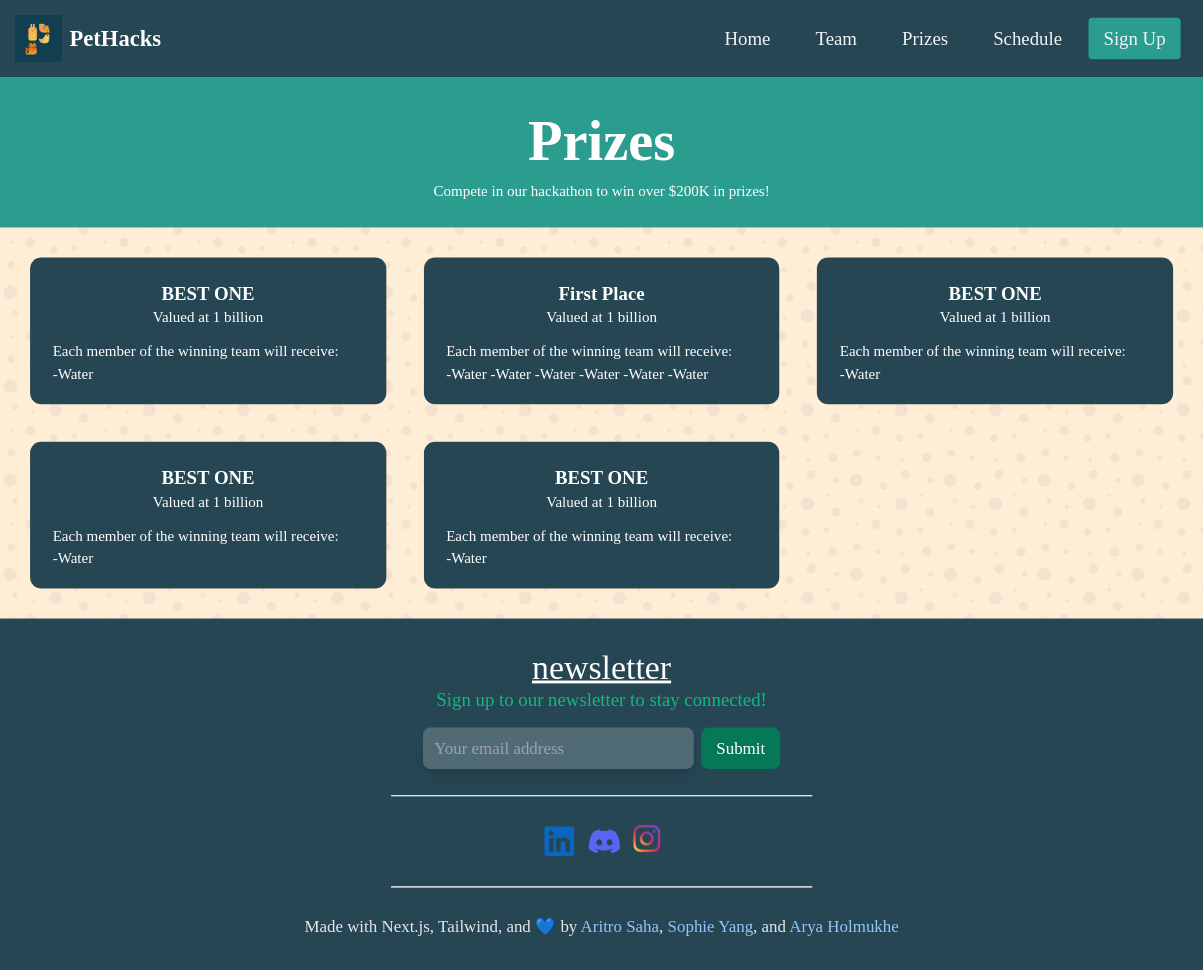
Repository: AritroSaha10/pethacks-website
Page: /prizes
An editor plug-in stored every save of this project. The page is shown before and after the next save, followed by the edit.
The browser window is 1280 px wide. The pictures show the whole page, at 94% of full size.
Some web fonts or font styles are not loaded; a fallback is used. The project was rebuilt for these pictures with package versions that can differ from the ones it lists, and the page was loaded fresh each time. The framework's server and built-in components were replaced by stand-ins that run in the browser. Also part of the build but not shown: next.config.js.

Above is the page before, as saved 2022-09-10 09:56:50.

### pages/prizes.tsx
import Layout from '../components/Layout'
import Navbar from "@components/Navbar"
import Card from '@components/Prizes/Card'
import SectionHead from "@components/SectionHead"

export default function Prizes(){
    return (
    <Layout name="Prizes" noNavbar>
      <Navbar />
      <SectionHead title="Prizes" subtitle="Compete in our hackathon to win over $200K in prizes!"/>
      <div className="grid grid-cols-1 md:grid-cols-2 lg:grid-cols-3 p-3">
      <Card title="BEST ONE" valuation="1 billion" info="-Water"/>
      <Card title="First Place" valuation="1 billion" info="-Water -Water -Water -Water -Water -Water "/>
      <Card title="BEST ONE" valuation="1 billion" info="-Water"/>
      <Card title="BEST ONE" valuation="1 billion" info="-Water"/>
      <Card title="BEST ONE" valuation="1 billion" info="-Water"/>
      </div>

    </Layout>
    )
}

### styles/globals.css
@import url('https://fonts.googleapis.com/css2?family=Gaegu&family=Space+Mono&display=swap');

@tailwind base;
@tailwind components;
@tailwind utilities;

@layer base {
    html {
        font-family: Gaegu;
    }
}

.svg-background {
    background-image: url("data:[embedded picture, 1230 characters]");
}

.wiggles-background {
    background-image: url("data:[embedded picture, 494 characters]");
}

### components/Layout.tsx
import Head from "next/head"

import Navbar from "./Navbar"
import Footer from "./Footer"

import { m } from "framer-motion"

const transition = { ease: [0.6, 0.01, -0.05, 0.9] };

const contentVariants = {
    initial: { y: 200, opacity: 0 },
    animate: { y: 0, opacity: 1 },
    exit: { y: -200, opacity: 0 },
    transition: { duration: 0.4, ...transition }
}

export default function Layout({ name, children, noAnim, noNavbar }: { name: string, children: any, noAnim?: boolean, noNavbar?: boolean }) {
    const title = `${name} | PetHacks`;
    const description = "WEBSITE DESCRIPTION";
    const imageSrc = "CHANGE ME"

    return (
        <div className="flex flex-col min-h-screen bg-orange-100 overflow-hidden" key={name}>
            <Head>
                <title>{title}</title>
                <meta name="description" content={description} />

                <meta property="og:title" content={title} />
                <meta property="og:description" content={description} />
                <meta property="og:type" content="website" />
                <meta property="og:image" content={imageSrc} />
                <meta property="og:image:type" content="image/png" />
                <meta property="og:image:width" content="1111" />
                <meta property="og:image:height" content="1111" />

                <meta name="twitter:card" content="summary_large_image" />
                <meta name="twitter:creator" content="@YOUR_TWITTER" />
                <meta property="twitter:title" content={title} />
                <meta property="twitter:description" content={description} />
                <meta property="twitter:image:src" content={imageSrc} />
            </Head>

            {noNavbar ? <></> : <Navbar />}

            {noAnim ? (
                <div
                    className="flex-grow flex flex-col"
                >
                    {children}
                </div>
            ) : (
                <m.div
                    initial={contentVariants.initial}
                    animate={contentVariants.animate}
                    exit={contentVariants.exit}
                    transition={contentVariants.transition}
                    className="flex-grow flex flex-col svg-background"
                >
                    {children}
                </m.div>
            )}

            <Footer />
        </div>
    )
}

### components/Navbar.tsx
import Link from "next/link";
import Image from "next/image";
import { useState } from "react";

import Logo from "@media/logo.png";

import { GoThreeBars } from "react-icons/go"

const links = [
    {
        name: "Home",
        link: "/",
        id: "home",
        priority: false
    },
    {
        name: "Team",
        link: "/team",
        id: "team",
        priority: false
    },
    {
        name: "Prizes",
        link: "/prizes",
        id: "prizes",
        priority: false
    },
    {
        name: "Schedule",
        link: "/schedule",
        id: "schedule",
        priority: false
    },
    {
        name: "Sign Up",
        link: "/sign-up",
        id: "sign-up",
        priority: true
    },
];

export default function Header() {
    const [showDropdown, setShowDropdown] = useState(false);

    return (
        <header className="bg-pet-teal py-2 lg:py-4 sticky">
            <div className="container px-4 mx-auto lg:flex lg:items-center">
                <div className="flex justify-between items-center">
                    <Link href="/">
                        <a className="flex justify-between items-center font-bold text-2xl text-white gap-2">
                            <Image src={Logo} alt="logo" width={50} height={50} />
                            <span>PetHacks</span>
                        </a>
                    </Link>

                    <button
                        className="border border-solid border-gray-600 px-3 py-1 rounded text-white opacity-50 hover:opacity-75 lg:hidden"
                        aria-label="Menu"
                        data-test-id="navbar-menu"
                        onClick={
                            () => {
                                setShowDropdown(!showDropdown);
                            }}
                        >
                        <GoThreeBars />
                    </button>
                </div>

                <div className={`${showDropdown ? "flex" : "hidden"} lg:flex flex-col lg:flex-row lg:ml-auto mt-3 lg:mt-0 text-xl`} data-test-id="navbar">
                    {
                        links.map(({ name, link, priority, id }) =>
                            <Link key={name} href={link}>
                                <a
                                    className={`${priority ? "text-gray-100 bg-pet-turquoise hover:bg-pet-turquoise/50 hover:text-white text-center mt-1 lg:mt-0 lg:ml-1" : "text-gray-100 hover:bg-gray-400/20 hover:text-gray-100 "} p-2 lg:px-4 lg:mx-2 rounded duration-300 transition-colors `}
                                    data-test-id={`navbar-${id}`}
                                >
                                    {name}
                                </a>
                            </Link>
                        )
                    }
                </div>
            </div>
        </header>
    )
}

### components/Prizes/Card.tsx
import React from 'react';


export default function Card ({title, valuation, info}: {title: string, valuation: string, info: string}) {

    return (
        <div className="col-span-1 min-h-min p-6 m-5 pb-5 bg-pet-teal rounded-xl  text-white" >
            <div className="text-center">
                <h1 className="text-xl font-bold">{title}</h1>
                <p className="pb-3">Valued at {valuation}</p>
            </div>
            <div className="">
                Each member of the winning team will receive:
                <p>
                {info}
                </p>
            </div>
        </div>
    )
}

### components/SectionHead.tsx
import React from 'react';

export default function SectionHead({ title, subtitle }: { title: string, subtitle: string }) {
  return (
    <div className="h-40 bg-pet-turquoise text-center text-white grid place-content-center">
      <h1 className="font-bold text-6xl p-3">{title}</h1>
      <p>{subtitle}</p>
    </div>
  )
}

### components/Footer.tsx
import React, { useState } from 'react'
import Link from 'next/link'
import Image from 'next/image'

import axios from 'axios'

import EmailRegex from '@util/EmailRegex'

import logo from '@media/logo.png'
import InstagramLogo from "@media/ig.png"
import { FaLinkedin, FaDiscord } from 'react-icons/fa'

const buttonColoring =
    'bg-emerald-700 text-white hover:bg-white hover:text-emerald-700 active:bg-emerald-500 active:text-white transition-all duration-300'

enum EmailState {
    Neutral,
    Invalid,
    Success,
    Sending
}

export default function Footer() {
    const [emailState, setEmailState] = useState(EmailState.Neutral)

    const handleSubmit = async (e: React.FormEvent<HTMLFormElement>) => {
        e.preventDefault()

        // Extract email from form data
        const formData = Object.fromEntries(new FormData(e.currentTarget))
        const email = formData.email.toString()

        // Match using regex
        if (email === '' || !email.match(EmailRegex)) {
            setEmailState(EmailState.Invalid);
            return;
        }

        // Submit to Airtable
        setEmailState(EmailState.Sending);

        try {
            const startingTime = new Date().getTime();

            // TODO: IMPLEMENT THIS API FUNCTION
            await axios.post("/api/addToNewsletter", {
                email: email
            });

            // Slow down animation to take at least 300ms on user end so it's smoother
            await new Promise(resolve => {
                setTimeout(resolve.bind(null, null), 300 - (new Date().getTime() - startingTime));
            });
        } catch (e) {
            // We don't need the user to know of the error, but log it for later uses
            console.error("Error when sending email", e);
        }

        // Let user know it was sent successfully
        setEmailState(EmailState.Success);
    }

    return (
        <footer className="flex flex-col justify-between gap-4 px-12 lg:px-20 py-8 bg-pet-teal items-center z-[99999999] text-center sm:text-left">

            <div className="flex flex-col items-center lg:w-1/3" id="newsletter">
                <h2 className="text-4xl text-white underline">newsletter</h2>
                <p className="text-xl text-emerald-500">
                    Sign up to our newsletter to stay connected!
                </p>

                <div>
                    <form className="flex flex-col sm:flex-row items-center gap-2 mt-4 text-center lg:text-left" onSubmit={handleSubmit} noValidate>
                        <input
                            className={`text-lg rounded-lg py-2 px-3 w-60 sm:w-72 align-middle text-white outline-none focus:ring-2 focus:ring-emerald-700 duration-200 bg-white/20 shadow-lg focus:shadow-none ${emailState == EmailState.Invalid && "ring-1 ring-red-600"}`}
                            placeholder="Your email address"
                            name="email"
                            type="email"
                            onChange={() => setEmailState(EmailState.Neutral)}
                            required
                        />
                        <input
                            type="submit"
                            className={`rounded-lg py-2 px-4 w-60 sm:w-auto text-lg ${buttonColoring} hover:cursor-pointer`}
                        />
                    </form>

                    {emailState == EmailState.Invalid && (
                        <p className="text-sm text-red-500">
                            Please provide a valid email address.
                        </p>
                    )}

                    {emailState == EmailState.Success && (
                        <p className="text-sm text-emerald-400">Thanks for submitting!</p>
                    )}
                </div>
            </div>

            <hr className="h-px bg-white w-full lg:w-[40%] my-3" />

            <div className="flex items-center justify-center gap-3 text-4xl">
                <a
                    href=""
                    className="text-[#0A66C2] hover:text-[#0A66C2]/75 active:text-[#0A66C2]/50 duration-200"
                    target="_blank"
                    rel="noreferrer"
                    title="LinkedIn"
                >
                    <FaLinkedin />
                </a>

                <a
                    href=""
                    className="text-[#5865F2] hover:text-[#5865F2]/75 active:text-[#5865F2]/50 duration-200"
                    target="_blank"
                    rel="noreferrer"
                    title="Discord"
                >
                    <FaDiscord />
                </a>

                <a
                    href=""
                    className="text-[#F77737] hover:text-[#F77737]/75 active:text-[#F77737]/50 duration-200"
                    target="_blank"
                    rel="noreferrer"
                    title="Instagram"
                >
                    <Image src={InstagramLogo} width={30} height={30} alt="instagram" />
                </a>
            </div>

            <hr className="h-px bg-white w-full lg:w-[40%] my-3" />

            <p className='text-lg text-gray-200'>
                Made with Next.js, Tailwind, and 💙 by
                {" "}
                <a href="https://aritrosaha.vercel.app" target="_blank" rel="noreferrer" className='text-blue-300 hover:text-blue-500 duration-150'>
                    Aritro Saha
                </a>
                ,{" "}
                <a href="https://www.linkedin.com/in/sophie-yang-66b855216" target="_blank" rel="noreferrer" className='text-blue-300 hover:text-blue-500 duration-150'>
                    Sophie Yang
                </a>
                , and {" "}
                <a href="" target="_blank" rel="noreferrer" className='text-blue-300 hover:text-blue-500 duration-150'>
                    Arya Holmukhe
                </a>
            </p>
        </footer>
    )
}

### util/EmailRegex.ts
const EmailRegex = /(?:[a-z0-9!#$%&'*+/=?^_`{|}~-]+(?:\.[a-z0-9!#$%&'*+/=?^_`{|}~-]+)*|"(?:[\x01-\x08\x0b\x0c\x0e-\x1f\x21\x23-\x5b\x5d-\x7f]|\\[\x01-\x09\x0b\x0c\x0e-\x7f])*")@(?:(?:[a-z0-9](?:[a-z0-9-]*[a-z0-9])?\.)+[a-z0-9](?:[a-z0-9-]*[a-z0-9])?|\[(?:(?:25[0-5]|2[0-4][0-9]|[01]?[0-9][0-9]?)\.){3}(?:25[0-5]|2[0-4][0-9]|[01]?[0-9][0-9]?|[a-z0-9-]*[a-z0-9]:(?:[\x01-\x08\x0b\x0c\x0e-\x1f\x21-\x5a\x53-\x7f]|\\[\x01-\x09\x0b\x0c\x0e-\x7f])+)\])/;
export default EmailRegex;

### tailwind.config.js
/** @type {import('tailwindcss').Config} */
module.exports = {
  content: [
    "./pages/**/*.{js,ts,jsx,tsx}",
    "./components/**/*.{js,ts,jsx,tsx}",
  ],
  theme: {
    extend: {
      fontFamily: {
        desc:['Gaegu', 'cursive;']
      },
      colors: {
        "pet-teal": "#264653",
        "pet-turquoise": "#2A9D8F",
        "pet-yellow": "#E9C46A",
        "pet-lightorange": "#F4A261",
        "pet-red": "#E76F51"
      }
    },
  },
  plugins: [],
}

Loaded but not shown: pages/_app.tsx (common file)

After the next save:
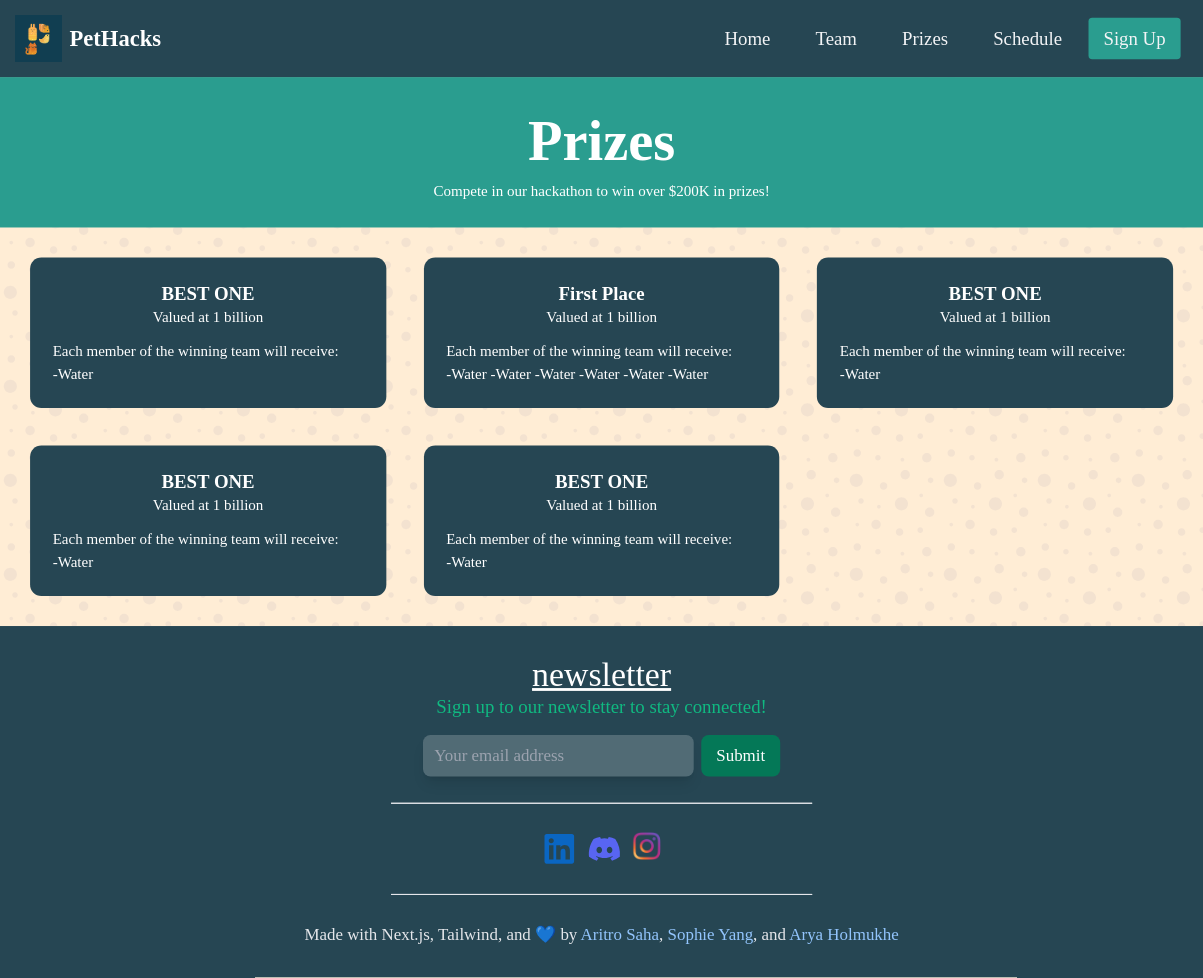
Saved 10 s later.
--- a/components/Prizes/Card.tsx
+++ b/components/Prizes/Card.tsx
@@ -4,7 +4,7 @@ import React from 'react';
 export default function Card ({title, valuation, info}: {title: string, valuation: string, info: string}) {
 
     return (
-        <div className="col-span-1 min-h-min p-6 m-5 pb-5 bg-pet-teal rounded-xl  text-white" >
+        <div className="col-span-1 min-h-min p-6 m-5 pb-6 bg-pet-teal rounded-xl  text-white" >
             <div className="text-center">
                 <h1 className="text-xl font-bold">{title}</h1>
                 <p className="pb-3">Valued at {valuation}</p>
